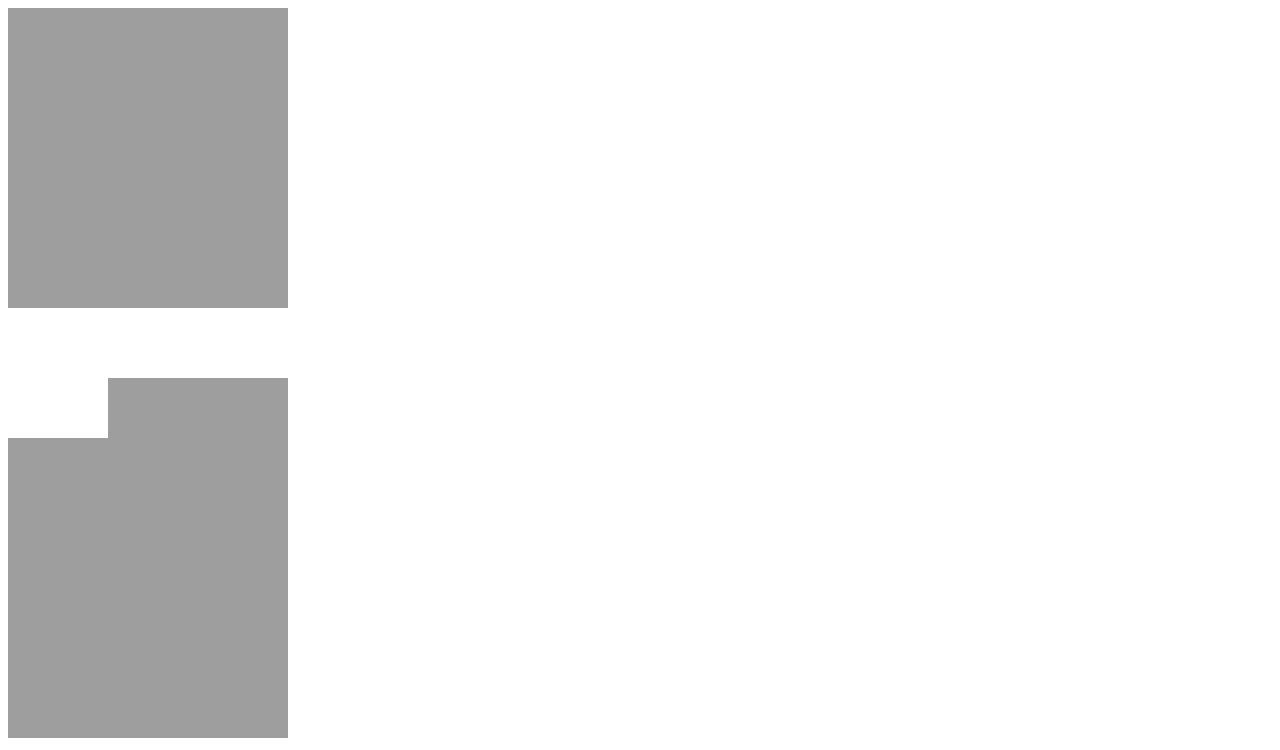
Repository: Tranduchieu2002/FlappyBird
Page: Flappy.html
These files come from the project's save history. The page is drawn as it stood at one moment and after a run of saves; the edit follows.
The browser window is 1280 px wide. The pictures show the whole page.

Above is the page before, as saved 2021-09-14 17:30:26.

After the next 2 saves:
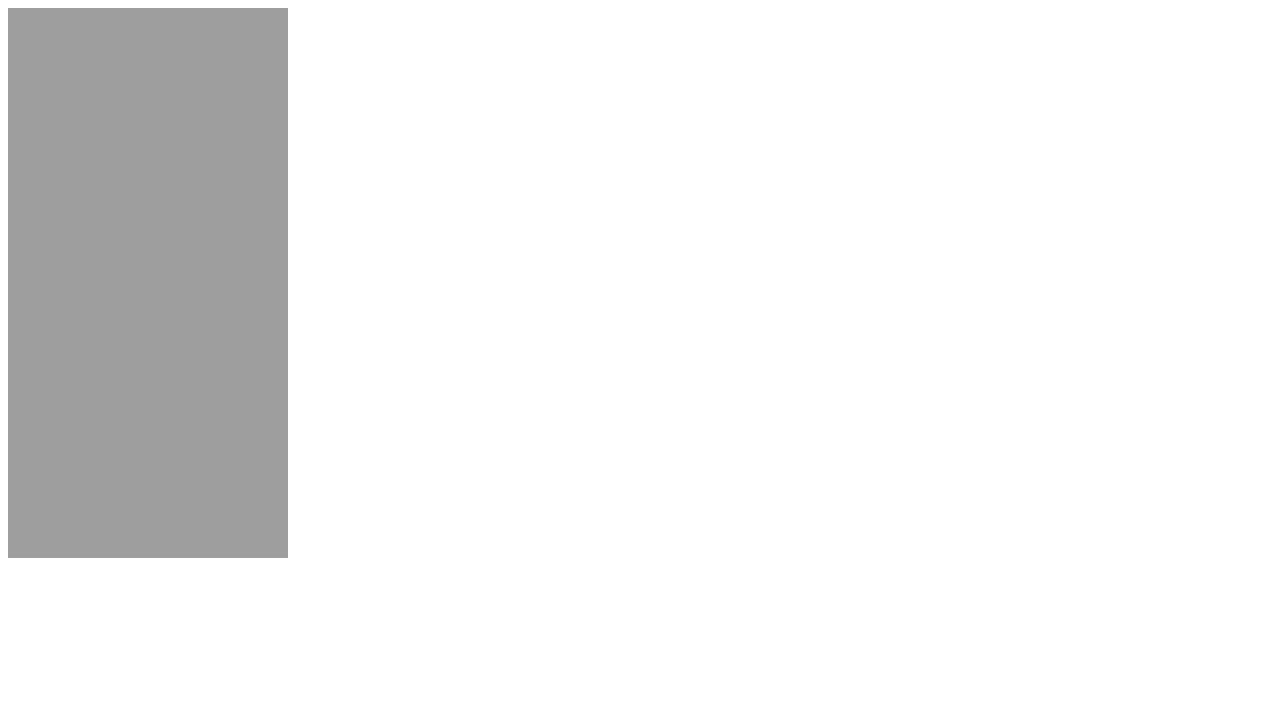
The 2 saves are shown as one change because they came seconds apart.
The last was saved 12 s later.
--- a/Flappy.html
+++ b/Flappy.html
@@ -17,7 +17,7 @@
    </style>
 </head>
 <body>
-   <canvas id="canvas" width="280px" height="730px">
+   <canvas id="canvas" width="280px" height="550px">
 
    </canvas>
    <script src="index.js"></script>
